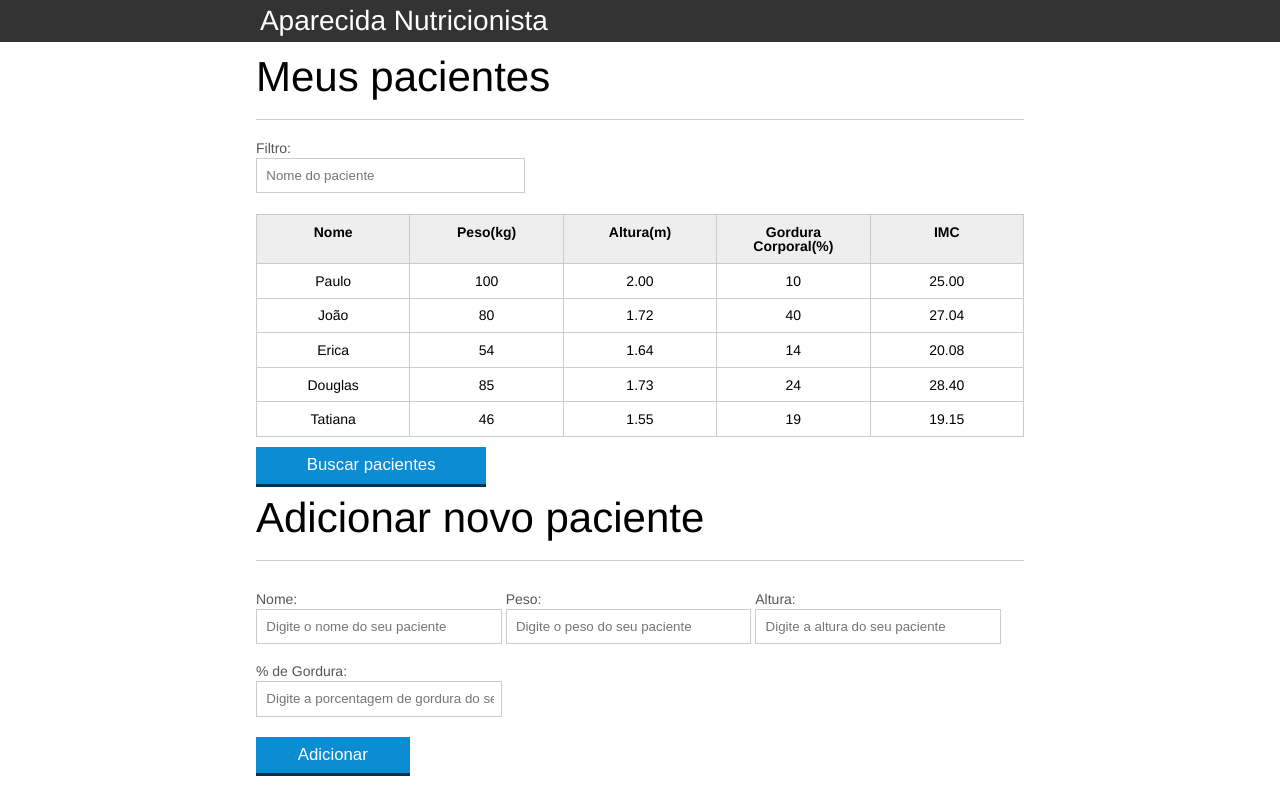
Repository: GabbLps/Controle-de-Clientes-Alura
Page: index.html
The author's editor kept a copy of each file at every save. The page is drawn from the files as they stood at one save, then again after a run of saves.
The browser window is 1280 px wide. The pictures show the whole page.

Above is the page before, as saved 2022-05-16 11:39:32.

After the next 5 saves:
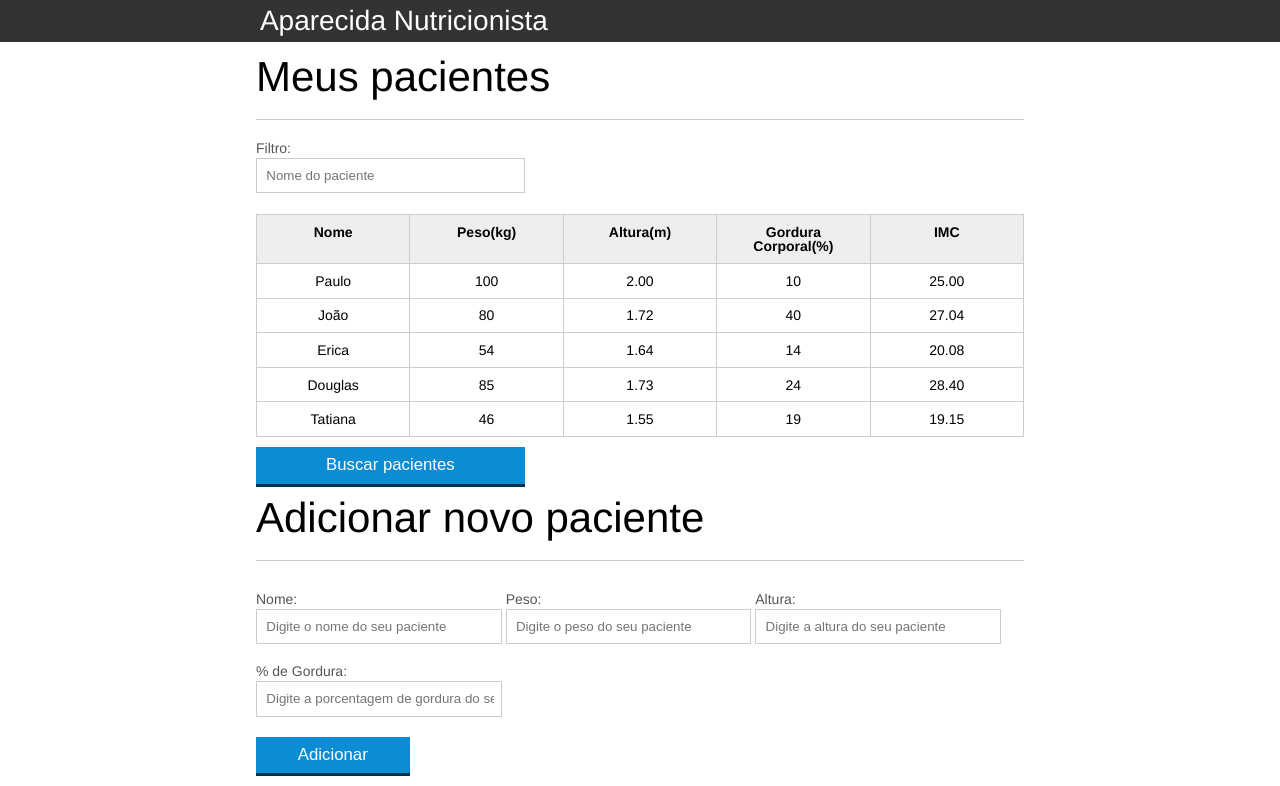
The 5 saves are shown as one change because they came seconds apart.
The last was saved 21 s later.
--- a/css/index.css
+++ b/css/index.css
@@ -59,7 +59,7 @@ table{
 }
 
 #buscar-paciente {
-	width: 30%;
+	width: 35%;
 }
 
 td, th {
